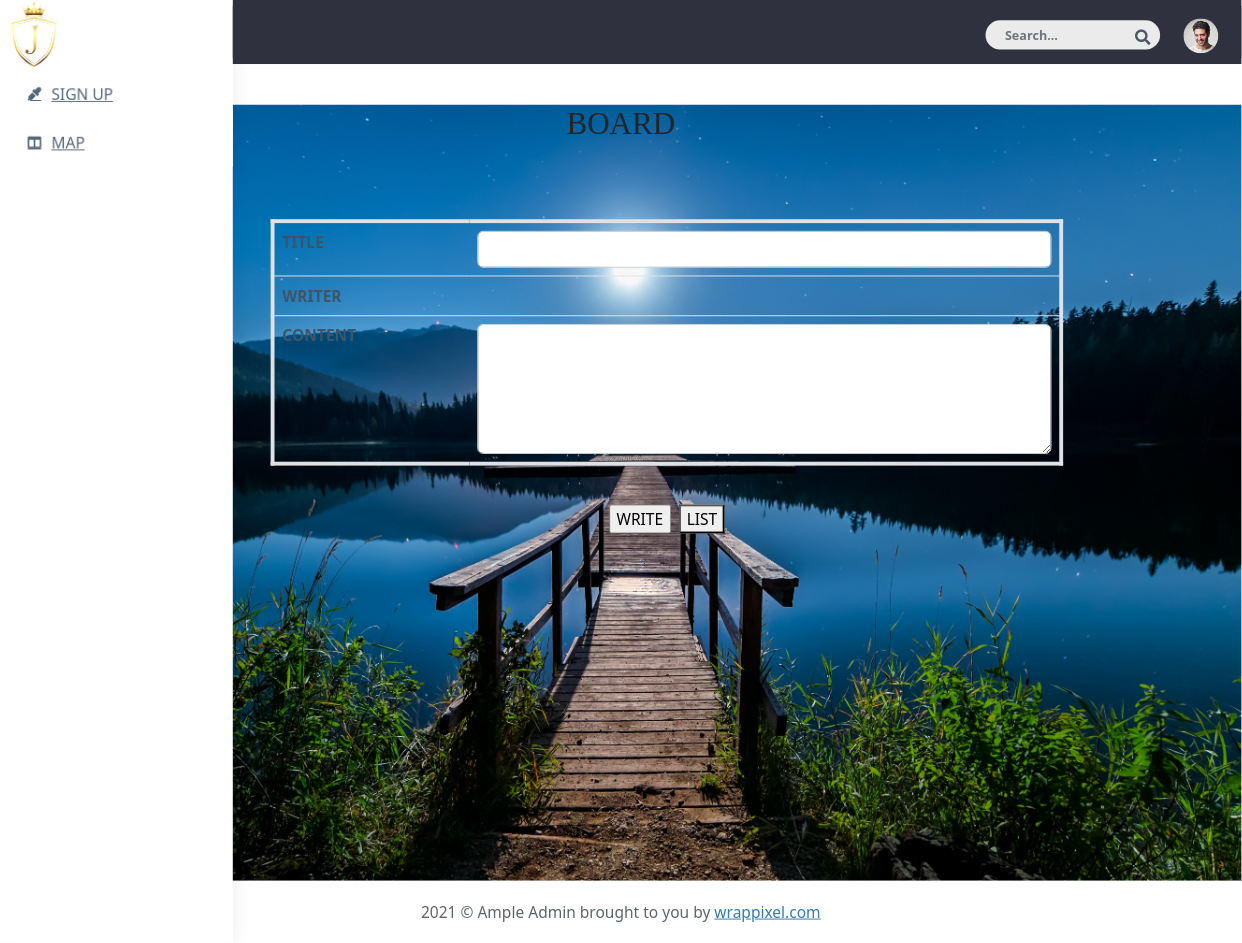
Repository: chopilyeon/HanaOpenBanking
Page: http://localhost/OpenBanking/jsp/board/boardWriteForm.jsp
The author's editor kept a copy of each file at every save. The page is drawn from the files as they stood at one save, then again after the next save.
The browser window is 1280 px wide. The pictures show the whole page, at 97% of full size.
Some web fonts or font styles are not loaded; a fallback is used. The page is served by Tomcat 9.

Above is the page before, as saved 2022-07-27 14:05:01.
Console error: ReferenceError: $ is not defined

After the next save:
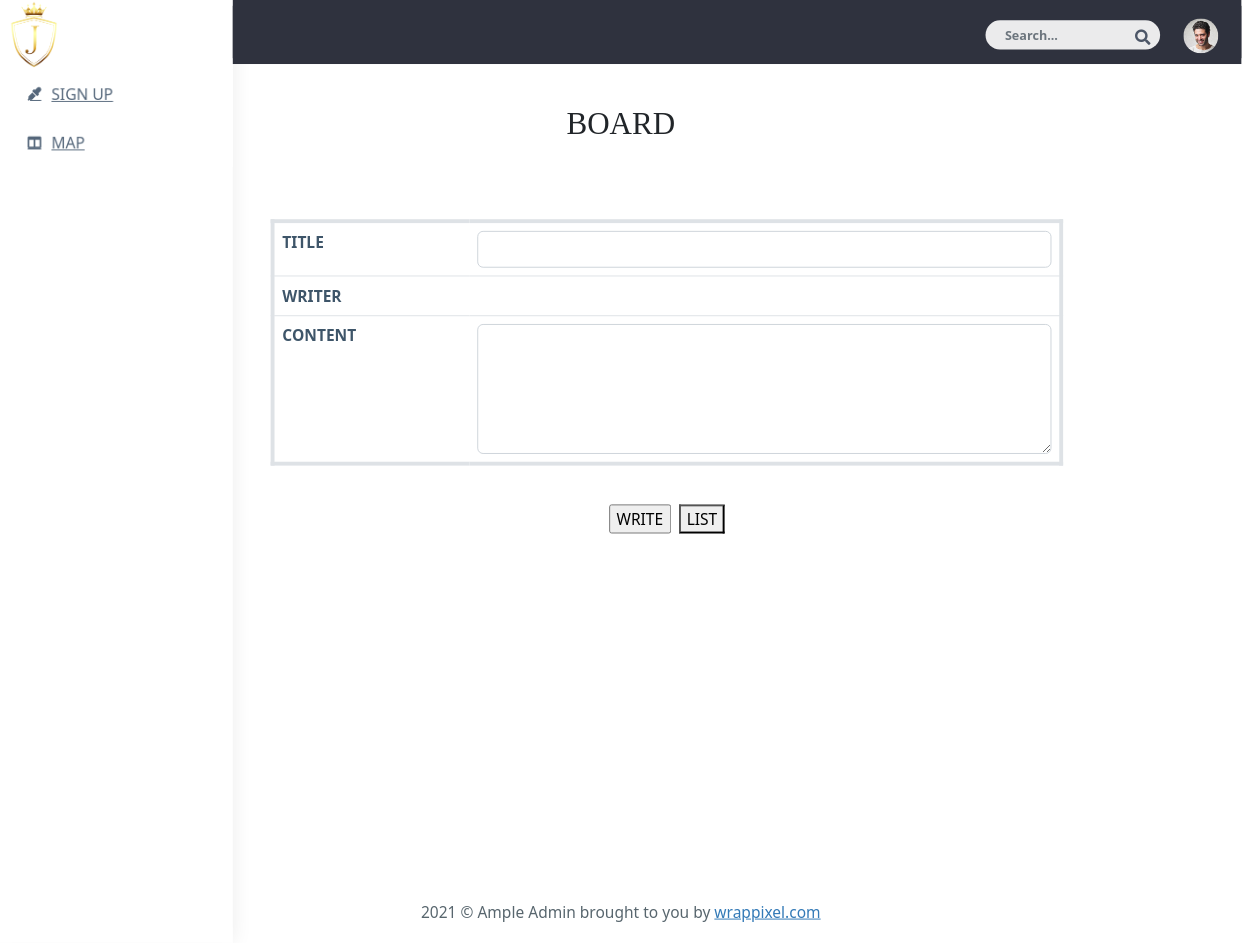
Saved 7 s later.
--- a/OpenBanking/src/main/webapp/jsp/board/boardWriteForm.jsp
+++ b/OpenBanking/src/main/webapp/jsp/board/boardWriteForm.jsp
@@ -71,7 +71,7 @@
 
 	<jsp:include page="/jsp/include/topAndSide.jsp" />
 
-	<section class="onlyfor1">
+	<section class="">
 
 		<div align="center" class="">
 		<h2 class="mt-5">BOARD</h2>
